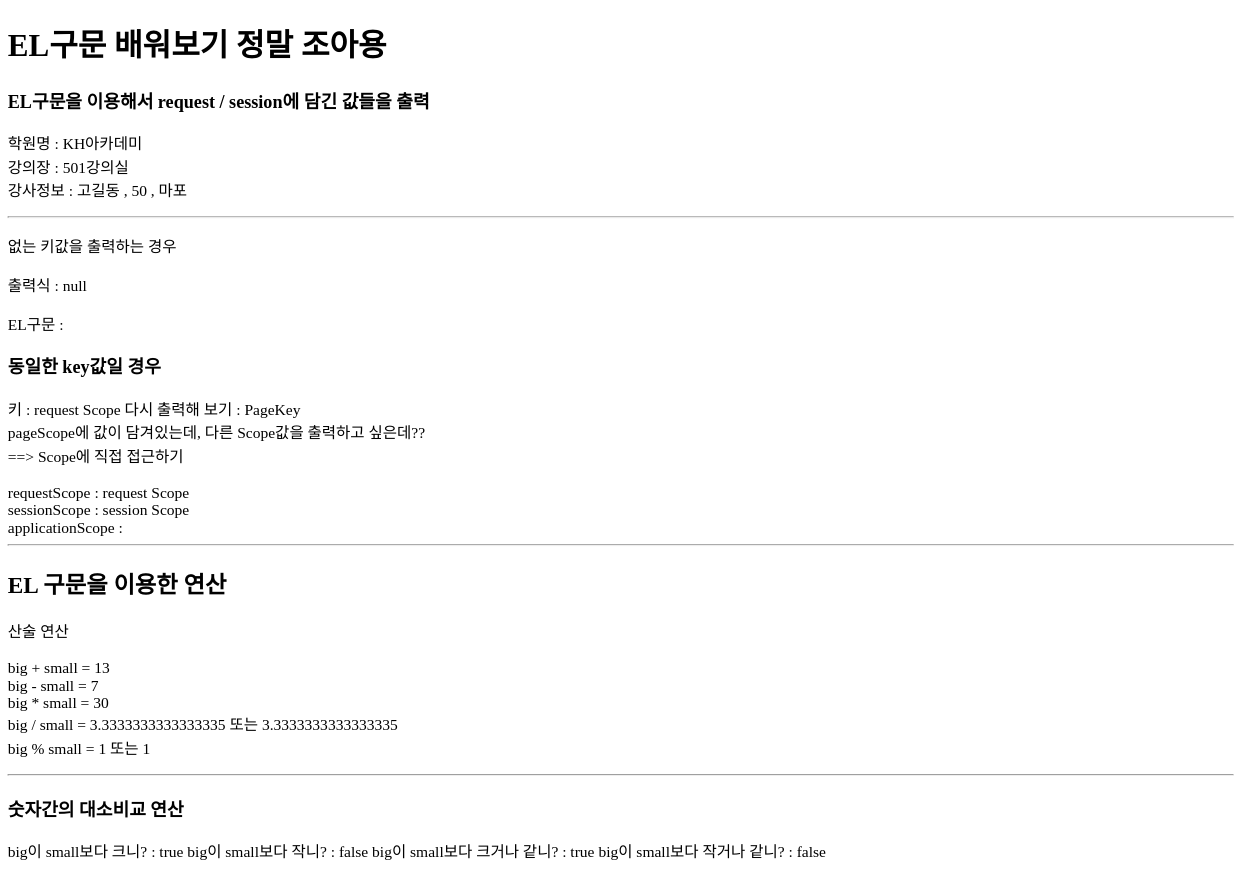
Repository: rlaehqkf/java_practice
Page: http://localhost/ActionProject/el.do
These files come from the project's save history. The page is drawn as it stood at one moment and after the next save; the edit follows.
The browser window is 1280 px wide. The pictures show the whole page, at 97% of full size.
The page is served by Tomcat 9.

Above is the page before, as saved 2026-05-06 06:29:32.

### ActionProject/src/main/webapp/WEB-INF/views/01_el.jsp
<%@ page language="java" contentType="text/html; charset=UTF-8"
    pageEncoding="UTF-8"%>

<%@ page import="com.kh.el.model.dto.Person" %>

<!DOCTYPE html>
<html>
<head>
<meta charset="UTF-8">
<title>초강력 JSP</title>
</head>
<body>

	<h1>EL구문 배워보기 정말 조아용</h1>

	<%--

	<%
		String classRoom = (String)request.getAttribute("classRoom");
		Person student = (Person)request.getAttribute("student");

		String academy = (String)session.getAttribute("academy");
		Person lecture = (Person)session.getAttribute("lecture");
	%>

	<p>
		학원명 : <%= academy %> <br>
		강의장 : <%= classRoom %> <br>
		강사정보 : <%= lecture.getName() %>, <%= lecture.getAge() %>, <%= lecture.getAdress() %> <br><br>

		수강생의 정보
		<ul>
			<li> 이름 : <%= student.getName() %></li>
			<li> 나이 : <%= student.getAge() %></li>
			<li> 주소 : <%= student.getAdress() %></li>
		</ul>
	</p>
	--%>

	<h3>EL구문을 이용해서 request / session에 담긴 값들을 출력</h3>

	<p>
		학원명 : ${ academy } <br>
		강의장 : ${ classRoom } <br>
		강사정보 : ${ lecture.name } , ${ lecture.age } , ${ lecture.address } <br>
					<!-- getName() -->



		<!--
			실제로 필드에 직접 접근하는 것은 불가능
			.name => getName()
			내부적으로 getter메소드를 찾아서 호출하는 값을 출력하는 구조
		-->
	</p>

	<hr>

	<p>없는 키값을 출력하는 경우</p>

	<p>출력식 : <%= request.getAttribute("clasRoom") %> </p>
	<p>EL구문 : ${ clasRoom }</p>

	<h3>동일한 key값일 경우</h3>

	키 : ${ key }

	<%
		// page Scope 에 추가
		pageContext.setAttribute("key", "PageKey");
	%>

	다시 출력해 보기 : ${ key } <br>

	<!--

		EL구문은 가장 적은 범위의 scope부터 키값을 찾음
		page => request => session => application순으로 키 값을 검색

		모든 영역을 다 찾았는데 키가 존재하지 않는다? => 아무일도 일어나지 않음 오류 안남
	 -->

	pageScope에 값이 담겨있는데, 다른 Scope값을 출력하고 싶은데?? <br>

	==> Scope에 직접 접근하기 <br><br>

	requestScope : ${ requestScope.key } <br>
	sessionScope : ${ sessionScope.key } <br>
	applicationScope : ${ applicationScope.key } <br>

	<hr>


	<h2>EL 구문을 이용한 연산</h2>

	<p>
		산술 연산 <br><br>

		big + small = ${ big + small }<br>
		big - small = ${ big - small }<br>
		big * small = ${ big * small }<br>
		big / small = ${ big / small } 또는 ${ big div small }<br>
		big % small = ${ big % small } 또는 ${ big mod small }<br>
	</p>

	<hr>

	<h3>숫자간의 대소비교 연산</h3>

	<p>
		big이 small보다 크니? : ${ big > small }
		big이 small보다 작니? : ${ big < small }
		big이 small보다 크거나 같니? : ${ big >= small }
		big이 small보다 작거나 같니? : ${ big <= small }
	</p>


























</body>
</html>

### ActionProject/src/main/java/com/kh/el/controller/ElServlet.java
package com.kh.el.controller;

import java.io.IOException;
import java.util.ArrayList;

import javax.servlet.ServletException;
import javax.servlet.annotation.WebServlet;
import javax.servlet.http.HttpServlet;
import javax.servlet.http.HttpServletRequest;
import javax.servlet.http.HttpServletResponse;
import javax.servlet.http.HttpSession;

import com.kh.el.model.dto.Person;


@WebServlet("/el.do")
public class ElServlet extends HttpServlet {
	private static final long serialVersionUID = 1L;


    public ElServlet() {
        super();
        // TODO Auto-generated constructor stub
    }


	protected void doGet(HttpServletRequest request, HttpServletResponse response) throws ServletException, IOException {
		// 만약 서블릿에서 응답할 데이터가 존재한다면!!
		// JSP로 포워딩 할 때 request.setAttribute("name값", "value값") -> forward~~
		// request -> Servlet내장객체 / Scope객체


		// application / session / request / page

		/*
		 * 1. application scope : ServletContext
		 * 한 애플리케이션 당 딱 한개 존재하는 객체
		 * 이 영역에 데이터를 담으면 애플리케이션 전역에서 사용 가능
		 *
		 *
		 * 2. session scope : HttpSession
		 * 하나의 브라우저 당, 한개 존재하는 객체
		 * 이 영역에 데이터를 담으면 JSP/Servlet단에서 사용 가능
		 * 값이 한 번 담기면 서버를 멈추거나, 세션을 비우거나(로그아웃), 브라우저가 닫히기 전까지는 계속 사용 가능
		 *
		 * 3. request scope : HttpServletRequest
		 * 요청 및 응답 시 매번 생성되는 객체
		 * 이 영역에 데이터를 담으면 해당 request를 포워딩 받는 응답 JSP에서만 사용가능(1회성)
		 *
		 * 4. page scope : PageContext
		 * JSP페이지에서만 사용가능
		 *
		 * => 위 객체들에 속성을 추가할 때는 .setAttribute("name값" 벨류);
		 * 							  .getAttribute("name값");
		 * 							  .removeAttribute("name값");
		 *
		 */
		// DB에서 작업한 요청 처리 결과
		// DTO(VO) 한 개, List<DTO>, int, String

		request.setAttribute("classRoom", "501강의실");
		request.setAttribute("student", new Person("홍길동", 15, "한양"));

		// sessionScope
		HttpSession session = request.getSession();
		session.setAttribute("academy", "KH아카데미");
		session.setAttribute("lecture", new Person("고길동", 50, "마포"));

		// 동일한 key
		request.setAttribute("key", "request Scope");
		session.setAttribute("key", "session Scope");

		// 숫자
		request.setAttribute("small", 3);
		request.setAttribute("big", 10);

		// 문자열
		request.setAttribute("strOne", "안녕");
		request.setAttribute("strTwo", new String("안녕"));

		// 객체
		request.setAttribute("obj", new Person("콩쥐", 20, "콩쥐네"));

		// 리스트
		request.setAttribute("list", new ArrayList());

		// 응답 뷰 배정 -> 포워딩
		request.getRequestDispatcher("WEB-INF/views/01_el.jsp").forward(request, response);

	}




	protected void doPost(HttpServletRequest request, HttpServletResponse response) throws ServletException, IOException {
		// TODO Auto-generated method stub
		doGet(request, response);
	}

}

### ActionProject/src/main/java/com/kh/el/model/dto/Person.java
package com.kh.el.model.dto;

public class Person {
	private String name;
	private int age;
	private String address;

	public Person(String name, int age, String address) {
		super();
		this.name = name;
		this.age = age;
		this.address = address;
	}
	public Person() {
		super();
	}
	public String getName() {
		return name;
	}
	public void setName(String name) {
		this.name = name;
	}
	public int getAge() {
		return age;
	}
	public void setAge(int age) {
		this.age = age;
	}
	public String getAddress() {
		return address;
	}
	public void setAdress(String address) {
		this.address = address;
	}

	@Override
	public String toString() {
		return "Person [name=" + name + ", age=" + age + ", address=" + address + "]";
	}



}

After the next save:
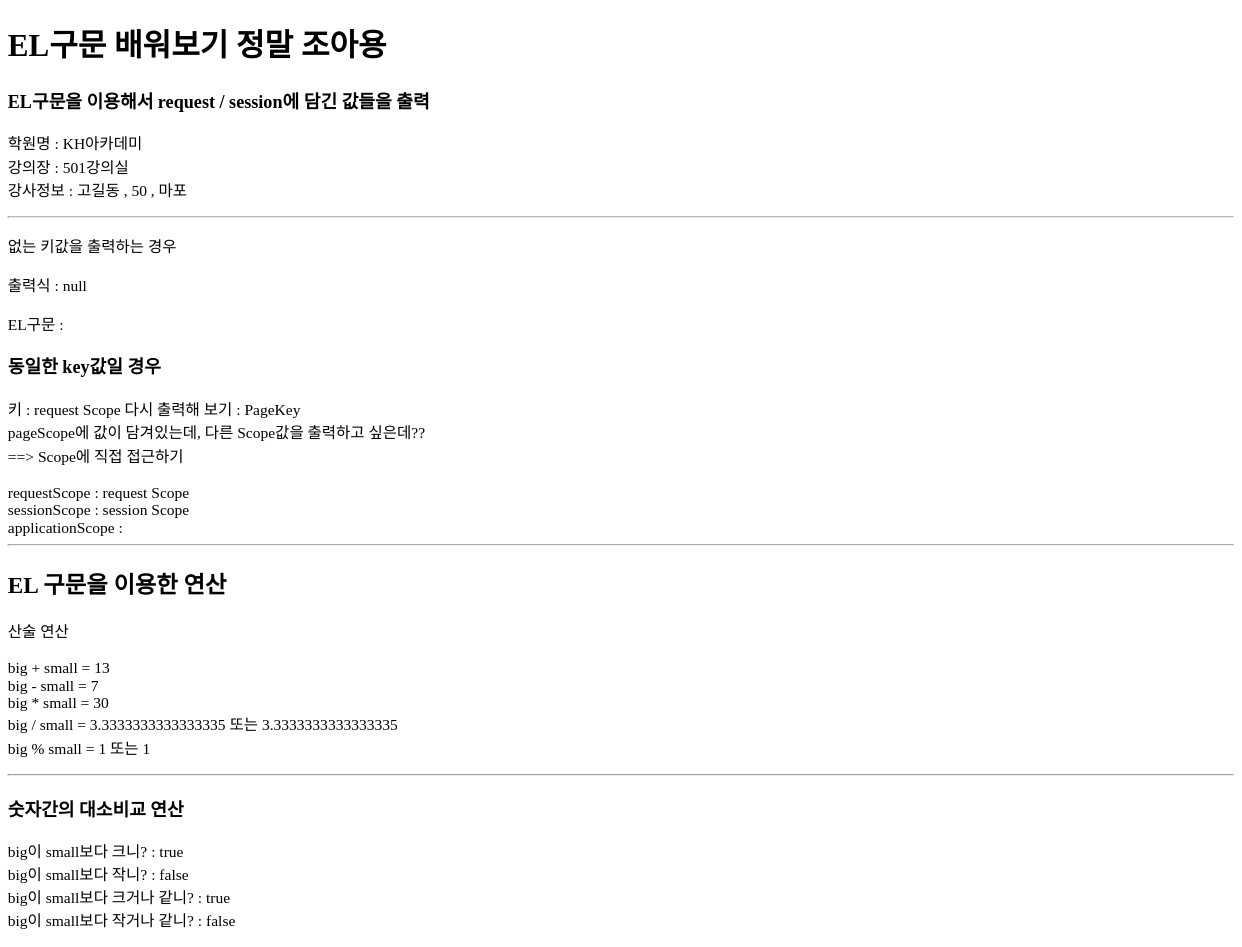
Saved 70 s later.
--- a/ActionProject/src/main/webapp/WEB-INF/views/01_el.jsp
+++ b/ActionProject/src/main/webapp/WEB-INF/views/01_el.jsp
@@ -108,10 +108,10 @@
 	<h3>숫자간의 대소비교 연산</h3>
 
 	<p>
-		big이 small보다 크니? : ${ big > small }
-		big이 small보다 작니? : ${ big < small }
-		big이 small보다 크거나 같니? : ${ big >= small }
-		big이 small보다 작거나 같니? : ${ big <= small }
+		big이 small보다 크니? : ${ big > small } <br>
+		big이 small보다 작니? : ${ big < small } <br>
+		big이 small보다 크거나 같니? : ${ big >= small } <br>
+		big이 small보다 작거나 같니? : ${ big <= small } <br>
 	</p>
 
 
